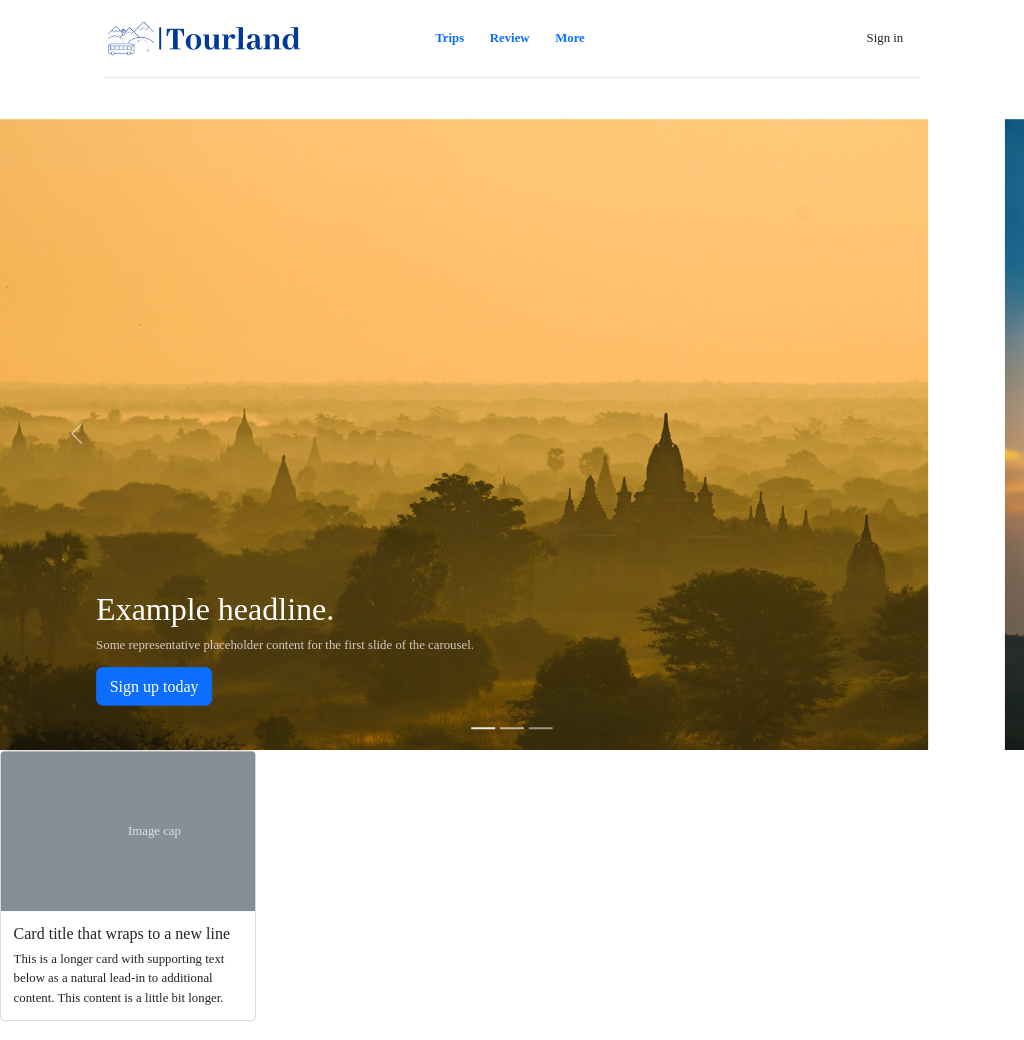
Repository: nyeinsu4520/tourland
Page: http://localhost/index
These files come from the project's save history. The page is drawn as it stood at one moment and after the next save; the edit follows.
The browser window is 1280 px wide. The pictures show the whole page, at 80% of full size.
Some web fonts or font styles are not loaded; a fallback is used. The page is this project's Thymeleaf template; nobody is signed in. The template is opened directly, without the code that normally fills it, so the values that code supplies are empty.

Above is the page before, as saved 2024-05-31 17:21:39.

After the next save:
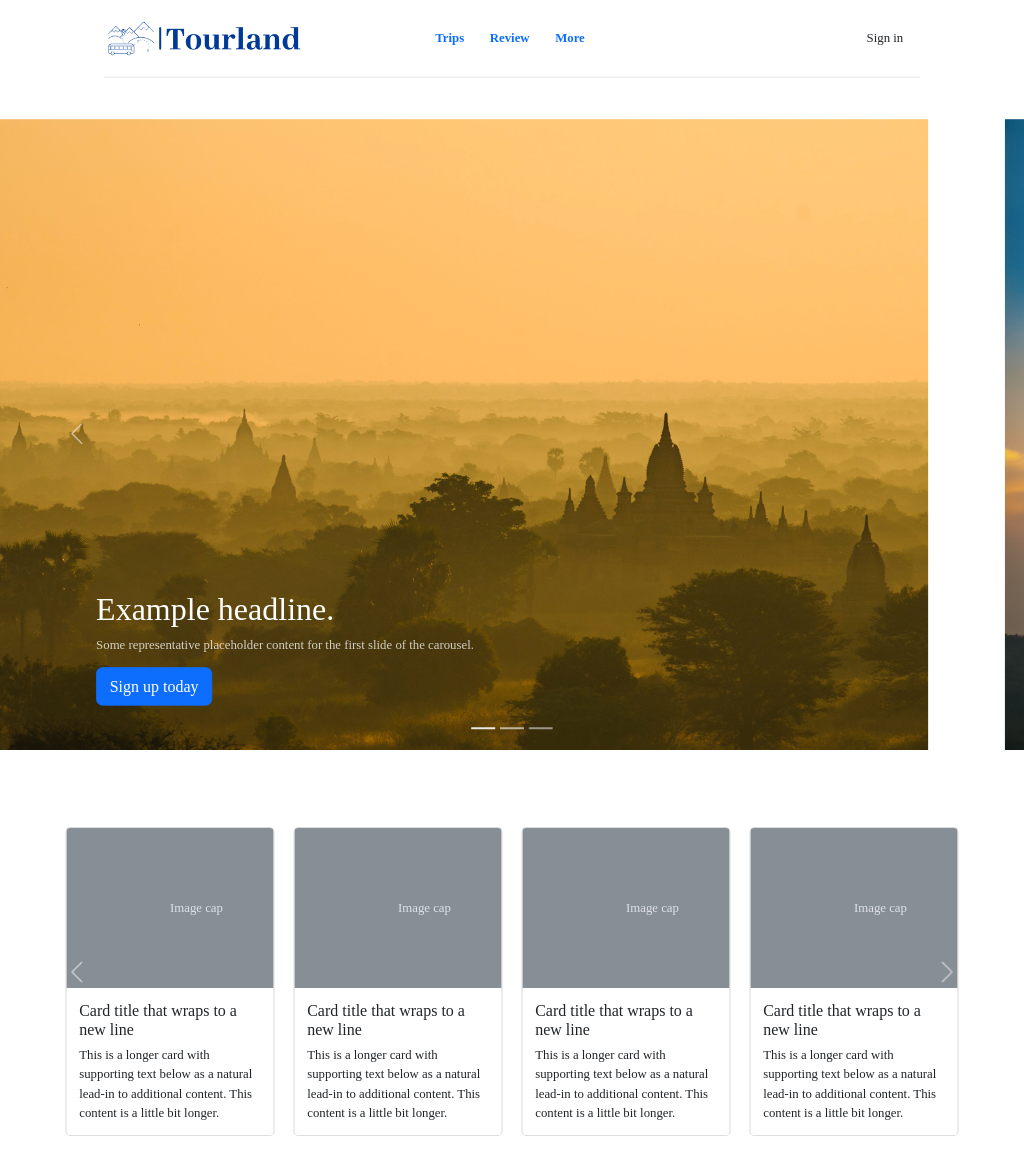
Saved 13 s later.
--- a/Tourland/src/main/resources/templates/index.html
+++ b/Tourland/src/main/resources/templates/index.html
@@ -126,7 +126,12 @@
       </button>
     </div>
 
-	<div class="col-sm-6 col-md-4 col-lg-3 mb-4">
+	<div id="cardCarousel" class="carousel slide mt-5 pt-5" data-bs-ride="carousel">
+    <div class="carousel-inner">
+        <div class="carousel-item active">
+            <div class="container">
+                <div class="row">
+                    <div class="col-sm-6 col-md-4 col-lg-3 mb-4">
                         <div class="card">
                             <svg class="bd-placeholder-img card-img-top" width="100%" height="200" xmlns="http://www.w3.org/2000/svg" role="img" aria-label="Placeholder: Image cap" preserveAspectRatio="xMidYMid slice" focusable="false"><title>Placeholder</title><rect width="100%" height="100%" fill="#868e96"/><text x="50%" y="50%" fill="#dee2e6" dy=".3em">Image cap</text></svg>
                             <div class="card-body">
@@ -135,6 +140,47 @@
                             </div>
                         </div>
                     </div>
+                    <div class="col-sm-6 col-md-4 col-lg-3 mb-4">
+                        <div class="card">
+                            <svg class="bd-placeholder-img card-img-top" width="100%" height="200" xmlns="http://www.w3.org/2000/svg" role="img" aria-label="Placeholder: Image cap" preserveAspectRatio="xMidYMid slice" focusable="false"><title>Placeholder</title><rect width="100%" height="100%" fill="#868e96"/><text x="50%" y="50%" fill="#dee2e6" dy=".3em">Image cap</text></svg>
+                            <div class="card-body">
+                                <h5 class="card-title">Card title that wraps to a new line</h5>
+                                <p class="card-text">This is a longer card with supporting text below as a natural lead-in to additional content. This content is a little bit longer.</p>
+                            </div>
+                        </div>
+                    </div>
+                    <div class="col-sm-6 col-md-4 col-lg-3 mb-4">
+                        <div class="card">
+                            <svg class="bd-placeholder-img card-img-top" width="100%" height="200" xmlns="http://www.w3.org/2000/svg" role="img" aria-label="Placeholder: Image cap" preserveAspectRatio="xMidYMid slice" focusable="false"><title>Placeholder</title><rect width="100%" height="100%" fill="#868e96"/><text x="50%" y="50%" fill="#dee2e6" dy=".3em">Image cap</text></svg>
+                            <div class="card-body">
+                                <h5 class="card-title">Card title that wraps to a new line</h5>
+                                <p class="card-text">This is a longer card with supporting text below as a natural lead-in to additional content. This content is a little bit longer.</p>
+                            </div>
+                        </div>
+                    </div>
+                    <div class="col-sm-6 col-md-4 col-lg-3 mb-4">
+                        <div class="card">
+                            <svg class="bd-placeholder-img card-img-top" width="100%" height="200" xmlns="http://www.w3.org/2000/svg" role="img" aria-label="Placeholder: Image cap" preserveAspectRatio="xMidYMid slice" focusable="false"><title>Placeholder</title><rect width="100%" height="100%" fill="#868e96"/><text x="50%" y="50%" fill="#dee2e6" dy=".3em">Image cap</text></svg>
+                            <div class="card-body">
+                                <h5 class="card-title">Card title that wraps to a new line</h5>
+                                <p class="card-text">This is a longer card with supporting text below as a natural lead-in to additional content. This content is a little bit longer.</p>
+                            </div>
+                        </div>
+                    </div>
+                </div>
+            </div>
+        </div>
+        <!-- Add more carousel-item divs if needed -->
+    </div>
+    <button class="carousel-control-prev" type="button" data-bs-target="#cardCarousel" data-bs-slide="prev">
+        <span class="carousel-control-prev-icon" aria-hidden="true"></span>
+        <span class="visually-hidden">Previous</span>
+    </button>
+    <button class="carousel-control-next" type="button" data-bs-target="#cardCarousel" data-bs-slide="next">
+        <span class="carousel-control-next-icon" aria-hidden="true"></span>
+        <span class="visually-hidden">Next</span>
+    </button>
+</div>
 
 
 
